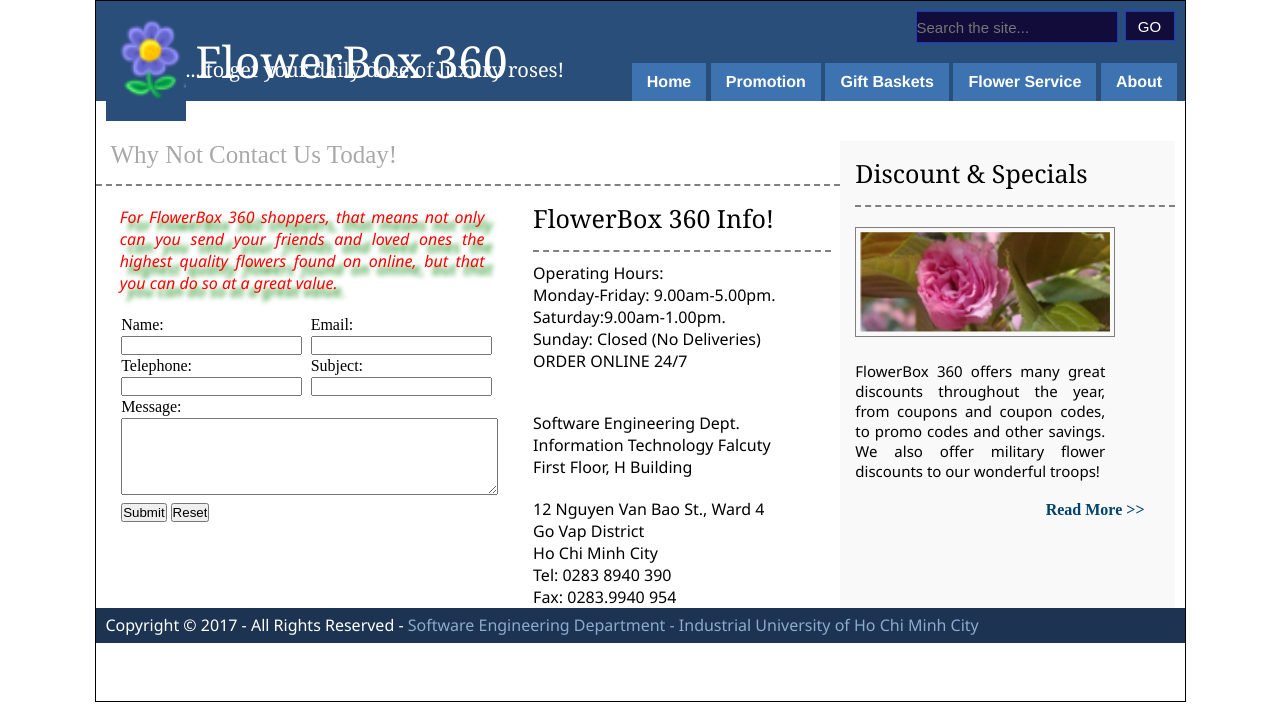
Repository: thu1365/BTKT_WEB
Page: HTML/btkt.html
An editor plug-in stored every save of this project. The page is shown before and after the next save, followed by the edit.
The browser window is 1280 px wide. The pictures show the whole page.

Above is the page before, as saved 2023-03-11 20:14:44.

After the next save:
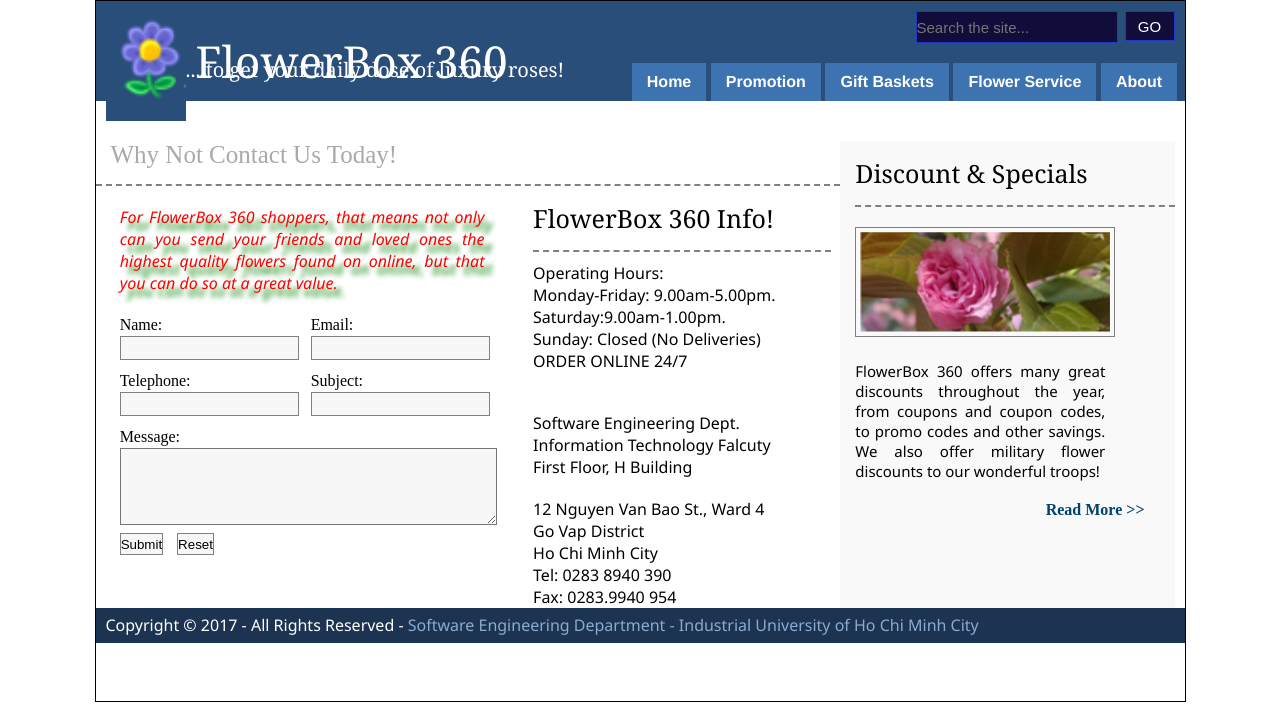
Saved 71 s later.
--- a/HTML/btkt.html
+++ b/HTML/btkt.html
@@ -172,6 +172,18 @@
             font-family: 'Segoe UI', Tahoma, Geneva, Verdana, sans-serif;
             text-shadow: 8px 8px 5px green;
             font-weight: 400;
+        }
+
+        table input {
+            height: 22px;
+            margin-right: 10px;
+            margin-bottom: 10px;
+            background-color: #f7f7f7;
+            border: 1px solid gray;
+        }
+
+        table textarea {
+            background-color: #f7f7f7;
         }
 
         .c2_para {
